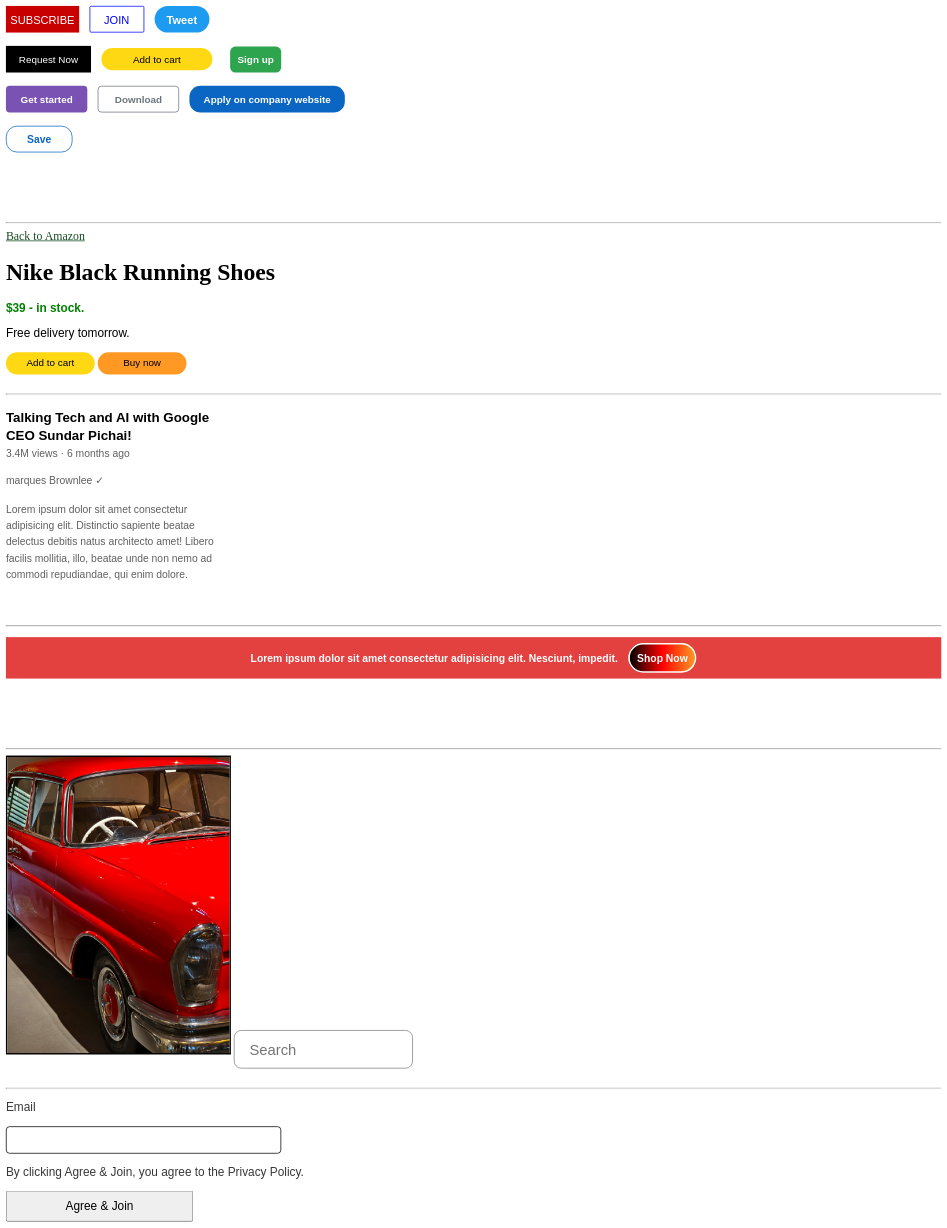
Repository: Yeyolive/WebDev_Collab_2025
Page: Basic_Projects/HTML-CSS course/into-to-html/index.html
An editor plug-in stored every save of this project. The page is shown before and after the next save, followed by the edit.
The browser window is 1280 px wide. The pictures show the whole page, at 74% of full size.

Above is the page before, as saved 2025-11-23 23:29:57.

After the next save:
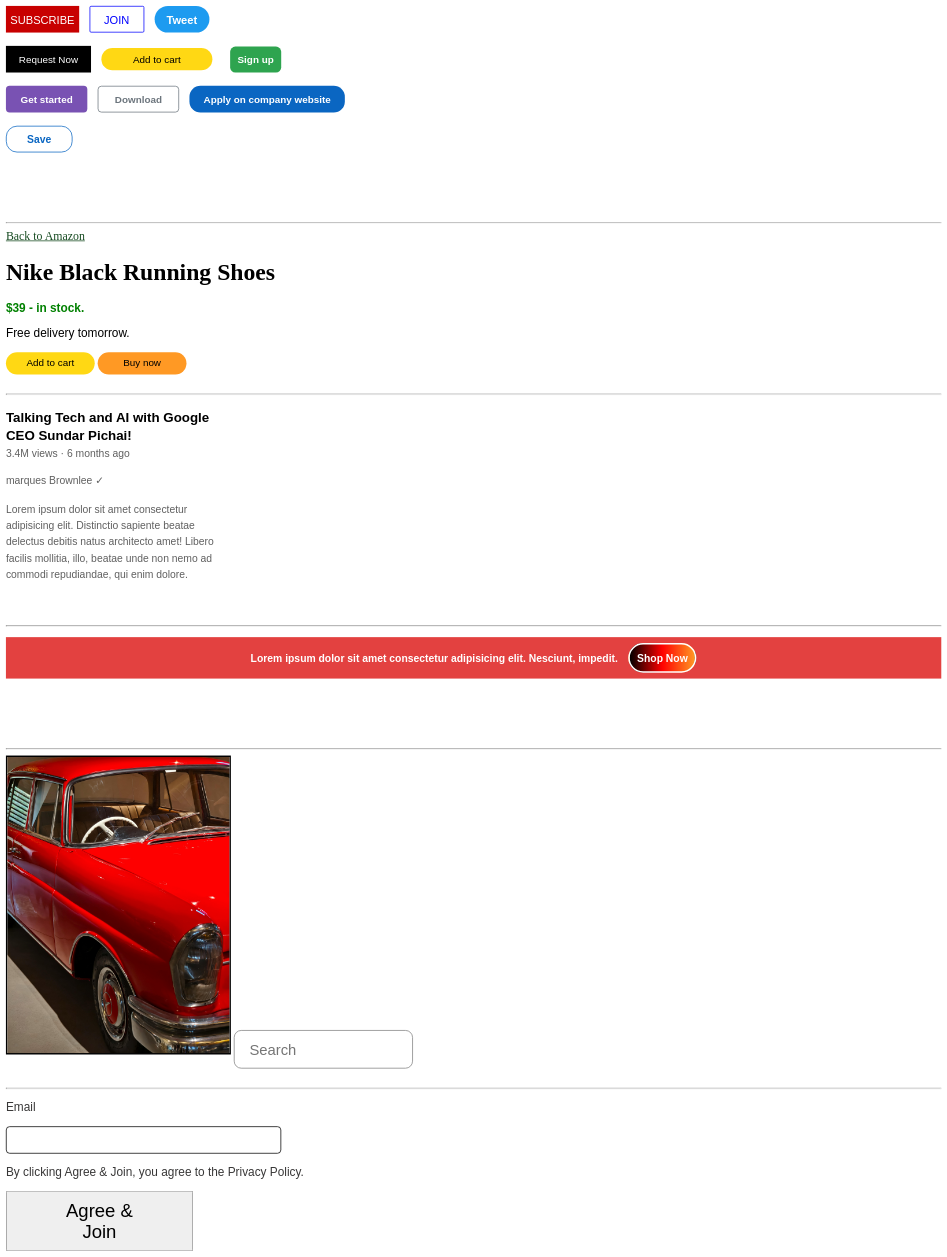
Saved 10 s later.
--- a/Basic_Projects/HTML-CSS course/into-to-html/styles.css
+++ b/Basic_Projects/HTML-CSS course/into-to-html/styles.css
@@ -335,5 +335,5 @@
 .agree-and-join {
   padding: 10px 60px;
   width: 20%;
-  font-size: 16px;
-}
+  font-size: 25px;
+}
